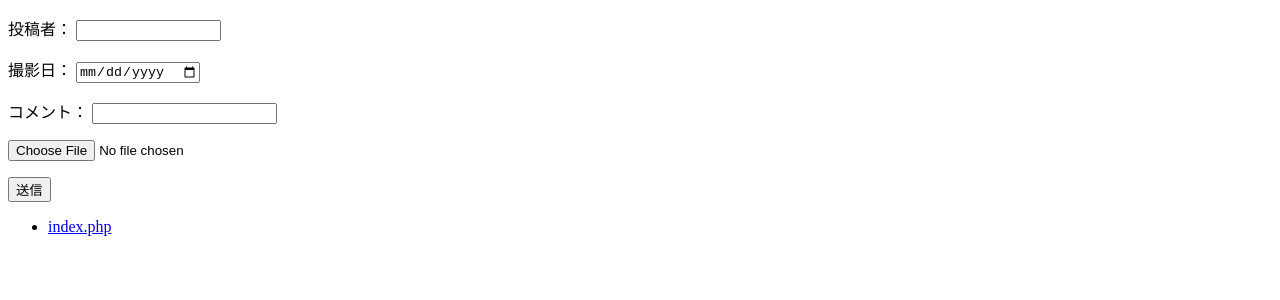
Repository: daidai0602/gs_kadai_questionnaire
Page: http://localhost/post.php
The author's editor kept a copy of each file at every save. The page is drawn from the files as they stood at one save, then again after a run of saves.
The browser window is 1280 px wide. The pictures show the whole page.
The page is run by PHP 8.4 with error messages shown; the project is at /var/www/html/.

Above is the page before, as saved 2023-11-15 13:34:19.

After the next 4 saves:
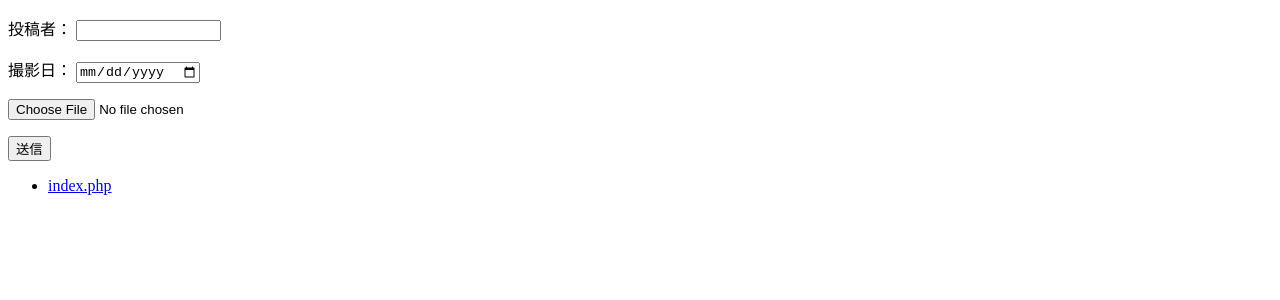
The 4 saves are shown as one change because they came seconds apart.
The last was saved 43 s later.
--- a/post.php
+++ b/post.php
@@ -7,7 +7,7 @@
 <body>
   <form action="write.php" method="post">
     <p>投稿者： <input type="text" name="name" size="15"></p>
-    <p>撮影日： <input type="date" name="name" size="15"></p>
+    <p>撮影日： <input type="date" min="></p>
     <p>コメント： <input type="text" name="mail" size="20" ></p>
     <p><input type="file" value="photo"></p>
     <p><input type="submit" value="送信"></p>

After the 3 saves that followed:
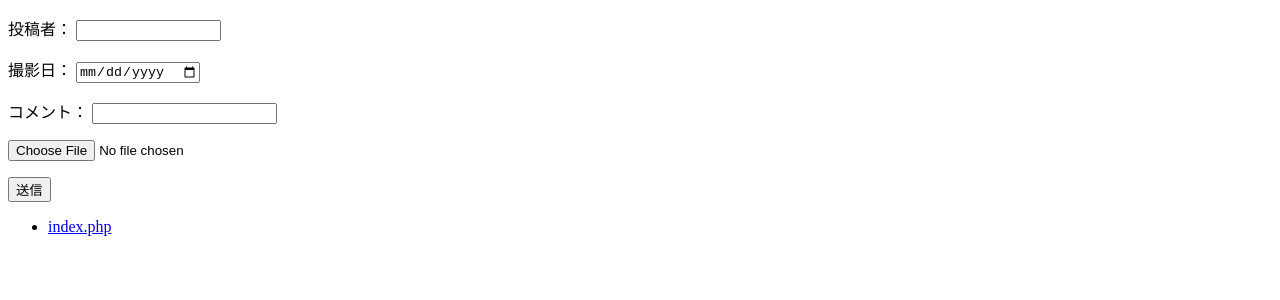
The 3 saves are shown as one change because 2 left the picture as it was.
The last was saved 13 s later.
--- a/post.php
+++ b/post.php
@@ -7,7 +7,7 @@
 <body>
   <form action="write.php" method="post">
     <p>投稿者： <input type="text" name="name" size="15"></p>
-    <p>撮影日： <input type="date" min="></p>
+    <p>撮影日： <input type="date" min="2022-01-1"></p>
     <p>コメント： <input type="text" name="mail" size="20" ></p>
     <p><input type="file" value="photo"></p>
     <p><input type="submit" value="送信"></p>
